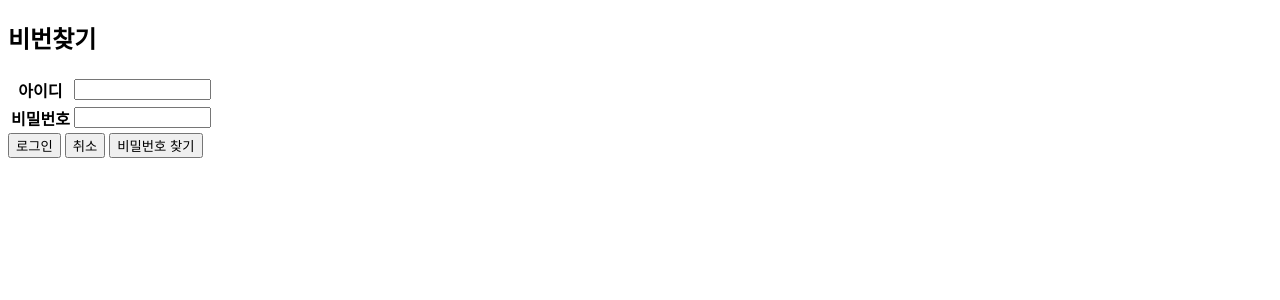
Repository: LTaeHoon/javajsp_ncs
Page: http://localhost/chap08_join_Taglib/descartes/member/pwd_find.jsp
These files come from the project's save history. The page is drawn as it stood at one moment and after a run of saves; the edit follows.
The browser window is 1280 px wide. The pictures show the whole page.
The page is served by Tomcat 9.

Above is the page before, as saved 2017-01-25 01:27:16.

After the next 2 saves:
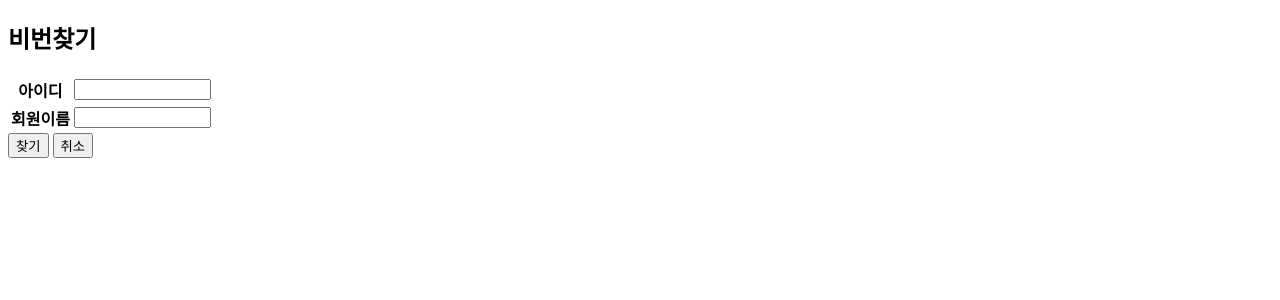
The 2 saves are shown as one change because they came seconds apart.
The last was saved 58 s later.
--- a/chap08_join_Taglib/WebContent/descartes/member/pwd_find.jsp
+++ b/chap08_join_Taglib/WebContent/descartes/member/pwd_find.jsp
@@ -12,7 +12,7 @@
     <h2 class="pwdfind_title">비번찾기</h2>
     <form name="f" method="post"
          action="<%=request.getContextPath()%>/pwdfind.do" onsubmit="return data_check()">
-      <table id="login_t">
+      <table id="pwdfind_t">
         <tr> <!-- 행을 생성하는 태그 -->
           <th> 아이디 </th> <!-- 열 제목 생성 태그 -->
           <td> <input type="text" name="id" id="id" size="14"
@@ -22,17 +22,16 @@
           </td>
         </tr>
         <tr> <!-- 행을 생성하는 태그 -->
-          <th> 비밀번호 </th> <!-- 열 제목 생성 태그 -->
-          <td> <input type="password" name="pwd" id="pwd"
+          <th> 회원이름 </th> <!-- 열 제목 생성 태그 -->
+          <td> <input type="test" name="name" id="name"
                 size="14" class="input_box"/>
           </td>
         </tr>
       </table>
-      <div id="login_menu">
-        <input type="submit" value="로그인" class="login_b"/>
+      <div id="pwdfind_menu">
+        <input type="submit" value="찾기" class="login_b"/>
         <input type="reset" value="취소" class="login_b"/>
-        <input type="button" value="비밀번호 찾기" id="pwd_btn" class="login_b" onclick="pwd_check()"/>
-      </div>
+       </div>
     </form>
   </div>
 
